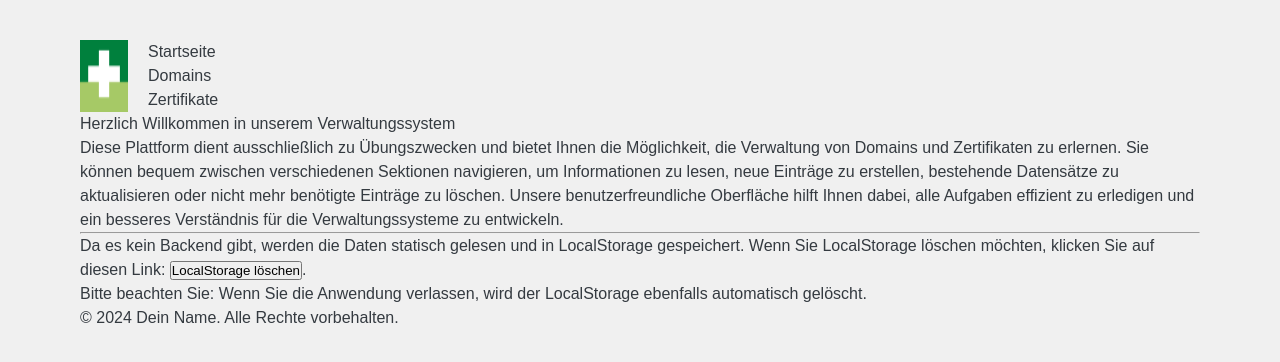
Repository: bajricadmir/verwaltungssystem-vanilla-html-css
Page: index.html
An editor plug-in stored every save of this project. The page is shown before and after the next save, followed by the edit.
The browser window is 1280 px wide. The pictures show the whole page.

Above is the page before, as saved 2024-10-14 10:51:12.

After the next save:
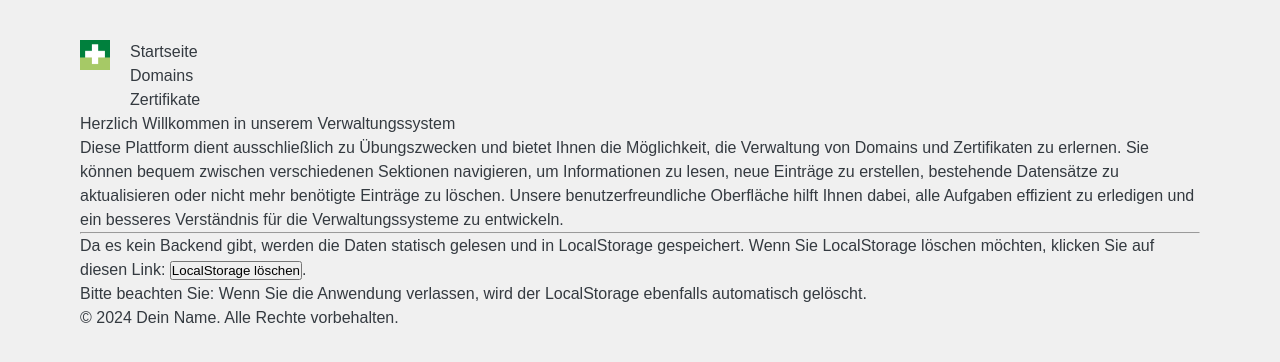
Saved 22 s later.
--- a/style.css
+++ b/style.css
@@ -73,5 +73,7 @@ h6 {
 }
 
 .nav img {
+  width: 30px;
+  height: 30px;
   margin-right: 20px;
 }
